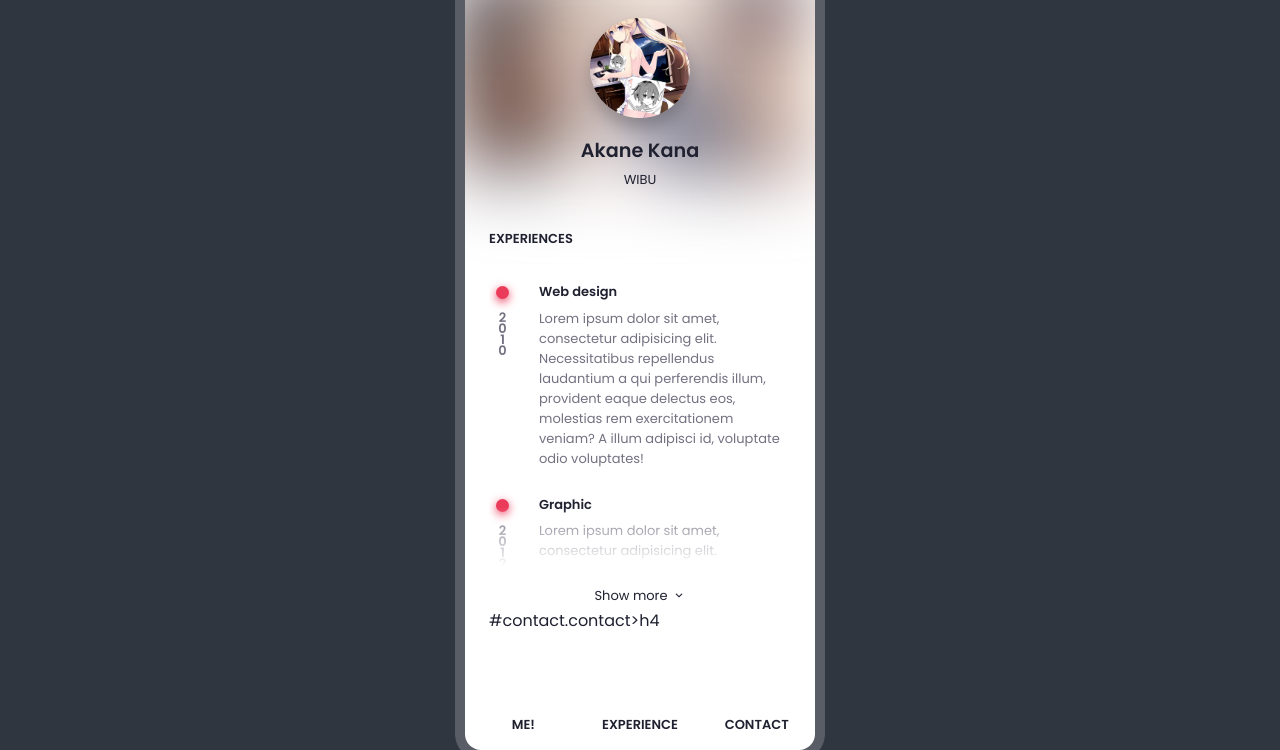
Repository: AkaneKana/AkaneKana
Page: index.html
The author's editor kept a copy of each file at every save. The page is drawn from the files as they stood at one save, then again after a run of saves.
The browser window is 1280 px wide. The pictures show the whole page.
Some web libraries are served in a nearby version.

Above is the page before, as saved 2023-05-19 16:57:02.

After the next 4 saves:
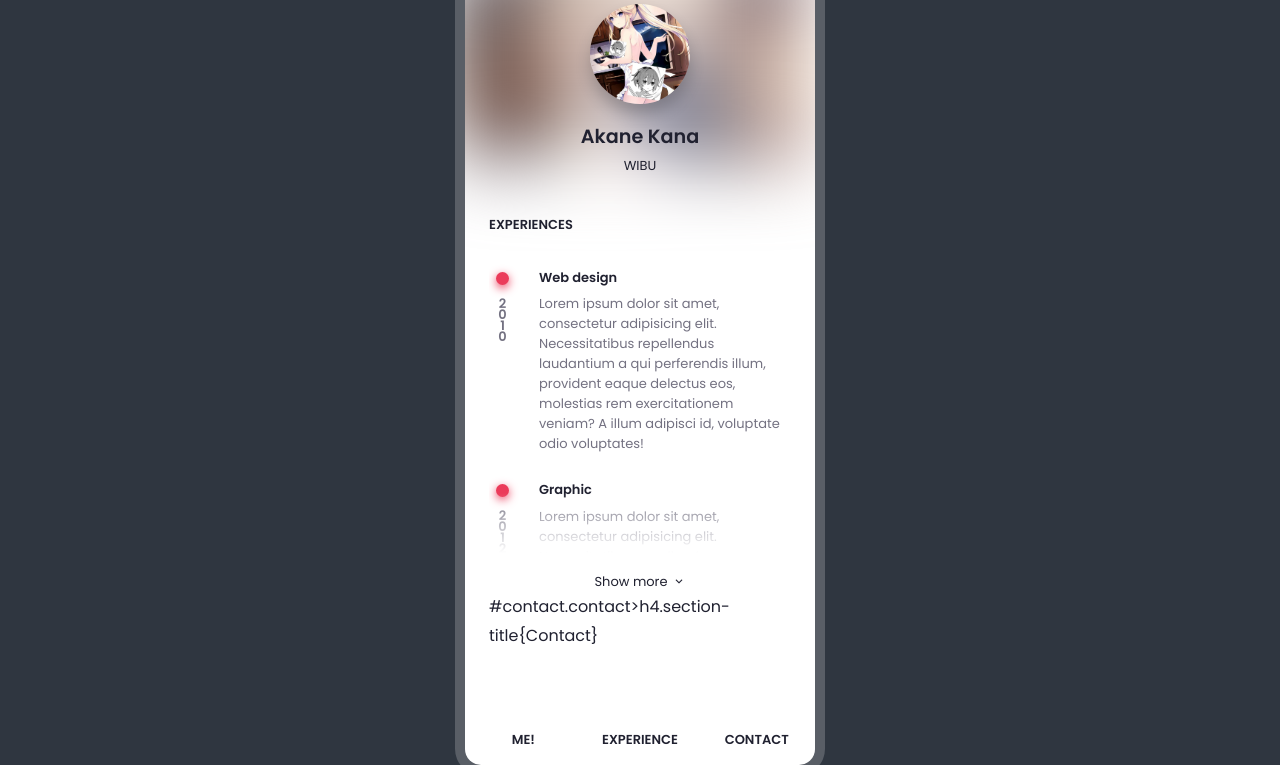
The 4 saves are shown as one change because they came seconds apart.
The last was saved 11 s later.
--- a/index.html
+++ b/index.html
@@ -61,7 +61,7 @@
             </ul>
           </div>
 
-          #contact.contact>h4
+          #contact.contact>h4.section-title{Contact}
         </section>
         <footer>
           <nav>
